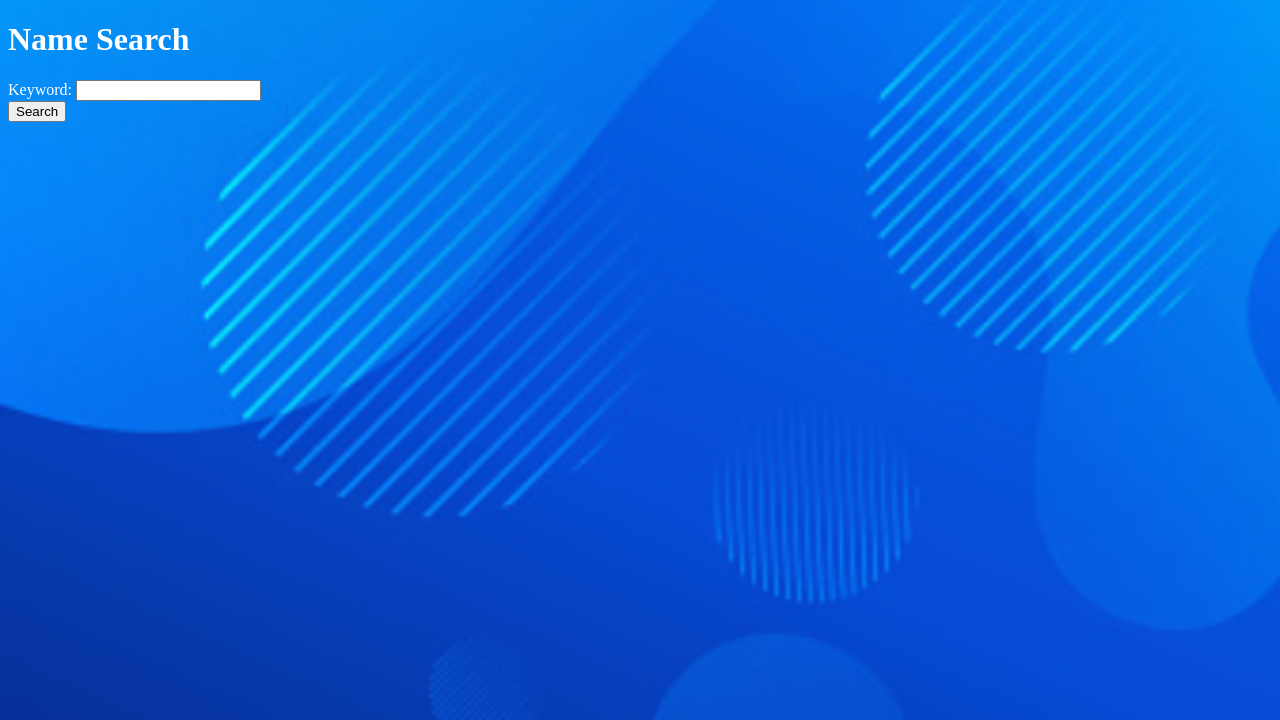
Repository: EricG831/egl1
Page: a3/index.html
The author's editor kept a record of every edit. The page is drawn from the files as they stood at one moment, then again after the next edit.
The browser window is 1280 px wide. The pictures show the whole page.

Above is the page before.

After the next edit:
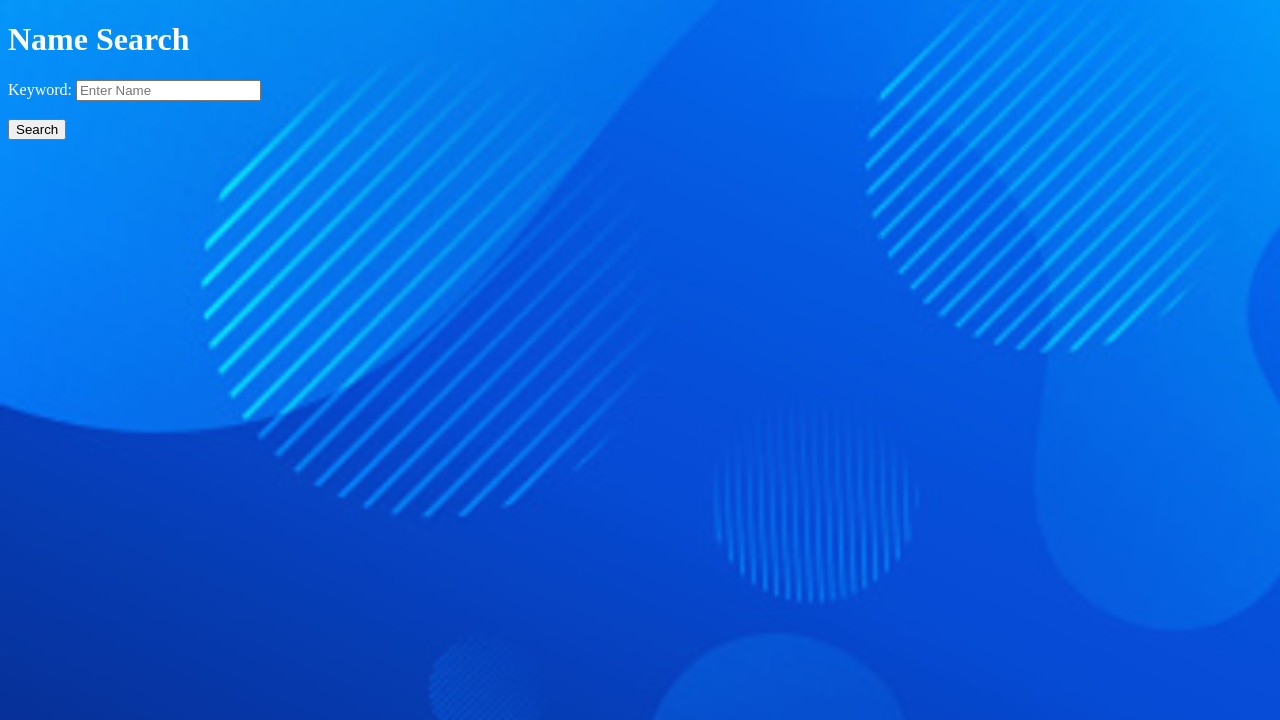
The edit:
--- a/a3/index.html
+++ b/a3/index.html
@@ -14,8 +14,8 @@
         <h1 id="demotext"> Name Search </h1>
         <form id="signupForm" method="get" onsubmit="buildGallery(); return false;">
 
-            Keyword: <input type="text" class="form-control" id="Descimages" placeholder=""><br>
-            </select><input type="submit" value="Search">
+            Keyword: <input type="text" class="form-control" id="Descimages" placeholder="Enter Name"><br><br>
+            </select><input type="submit" value="Search" class="myButton">
         </form>
         <br>
         <br>
